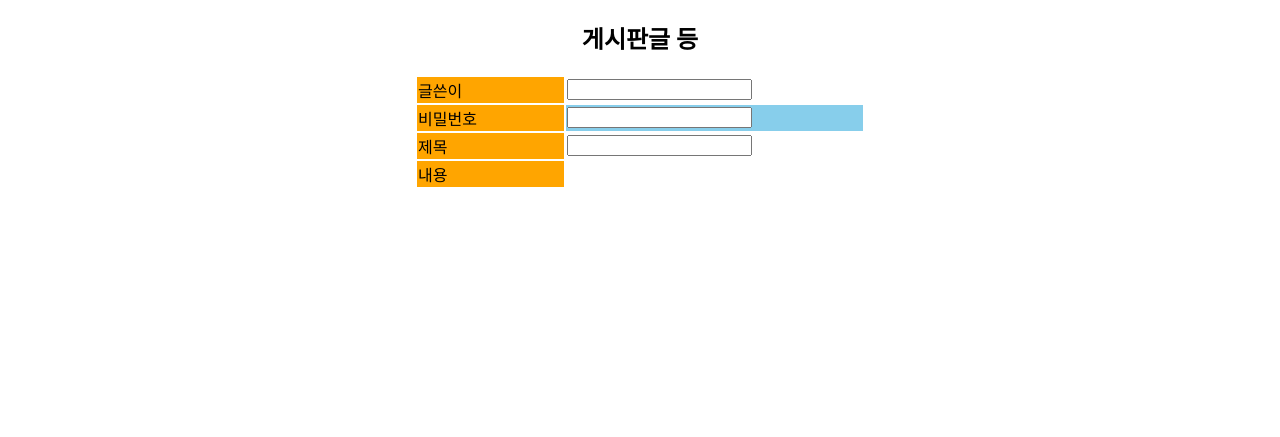
Repository: ReadStar/Jsp_MVC
Page: http://localhost/MVC_Board/board/qna_board_write.jsp
An editor plug-in stored every save of this project. The page is shown before and after the next save, followed by the edit.
The browser window is 1280 px wide. The pictures show the whole page.
The page is served by Tomcat 9. Other server files are loaded and not shown.

Above is the page before, as saved 2020-11-10 01:50:29.

### MVC_Board/WebContent/board/qna_board_write.jsp
<%@ page language="java" contentType="text/html; charset=UTF-8"
    pageEncoding="UTF-8"%>
<!DOCTYPE html>
<html>
<head>
<meta charset="UTF-8">
<title>MVC 게시판</title>
<style type="text/css">
#registForm{
width: 500px;
height: 610px;
border: 1px solid red;
margin: auto;
}

h2{
	text-align: center;
}

table{
	margin: auto;
	width: 450px;
}

.td_left{
	width: 150px;
	background: orange;
}

.td_right{
	width: 300px;
	background: skyblue;
}

#commandCell{
	text-align: center;
}
</style>
</head>
<body>
	<!-- 게시판 등록-->
	<section id="writeForm">
		<h2>게시판글 등</h2>
		<form action="BoardWritePro.bo" method="post"
			enctype="multipart/form=data" name="boardform">
			<table>
				<tr>
					<td class="td_left"><label for="board_name">글쓴이</label></td>
					<td class="te_right"><input type="text" name="board_name" id="board_name" required="required"/></td>
				</tr>
				<tr>
					<td class="td_left"><label for="board_pass">비밀번호</label></td>
					<td class="td_right"><input name="board_pass" type="password" id="board_pass" required="required"/></td>
				</tr>
				<tr>
					<td class="td_left"><label for="board_subject">제목</label></td>
					<td class="td_rifht"><input name="board_subject" type="text" id="board_subject" required="required"/></td>
				</tr>
				<tr>
					<td class="td_left"><label for="board_content">내용</label></td>
			</table>
			</form>
	</section>
</body>
</html>

After the next save:
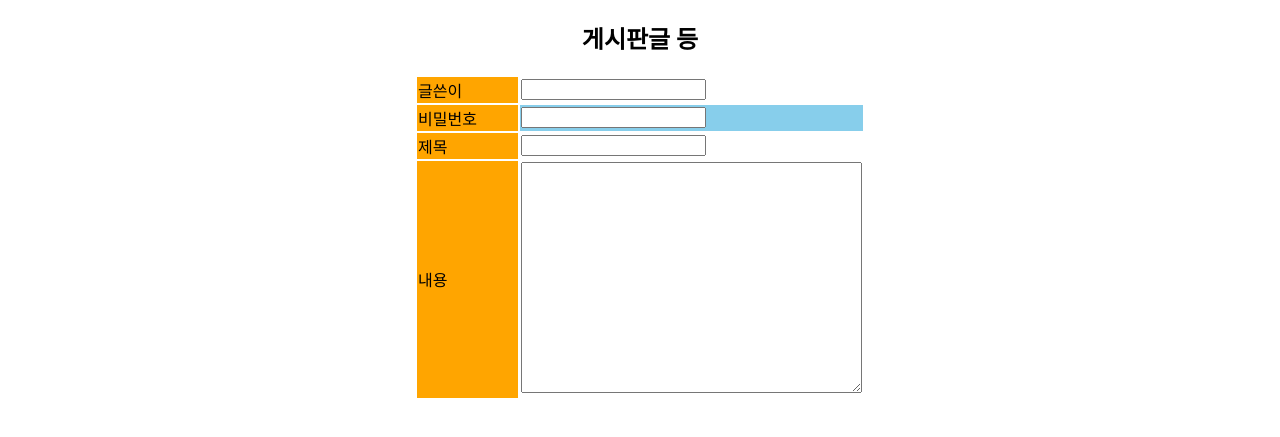
Saved 7 min 11 s later.
--- a/MVC_Board/WebContent/board/qna_board_write.jsp
+++ b/MVC_Board/WebContent/board/qna_board_write.jsp
@@ -58,6 +58,7 @@ table{
 				</tr>
 				<tr>
 					<td class="td_left"><label for="board_content">내용</label></td>
+					<td><textarea id="board_content" name="board_content" cols="40" rows="15" required="required"></textarea></td>
 			</table>
 			</form>
 	</section>
